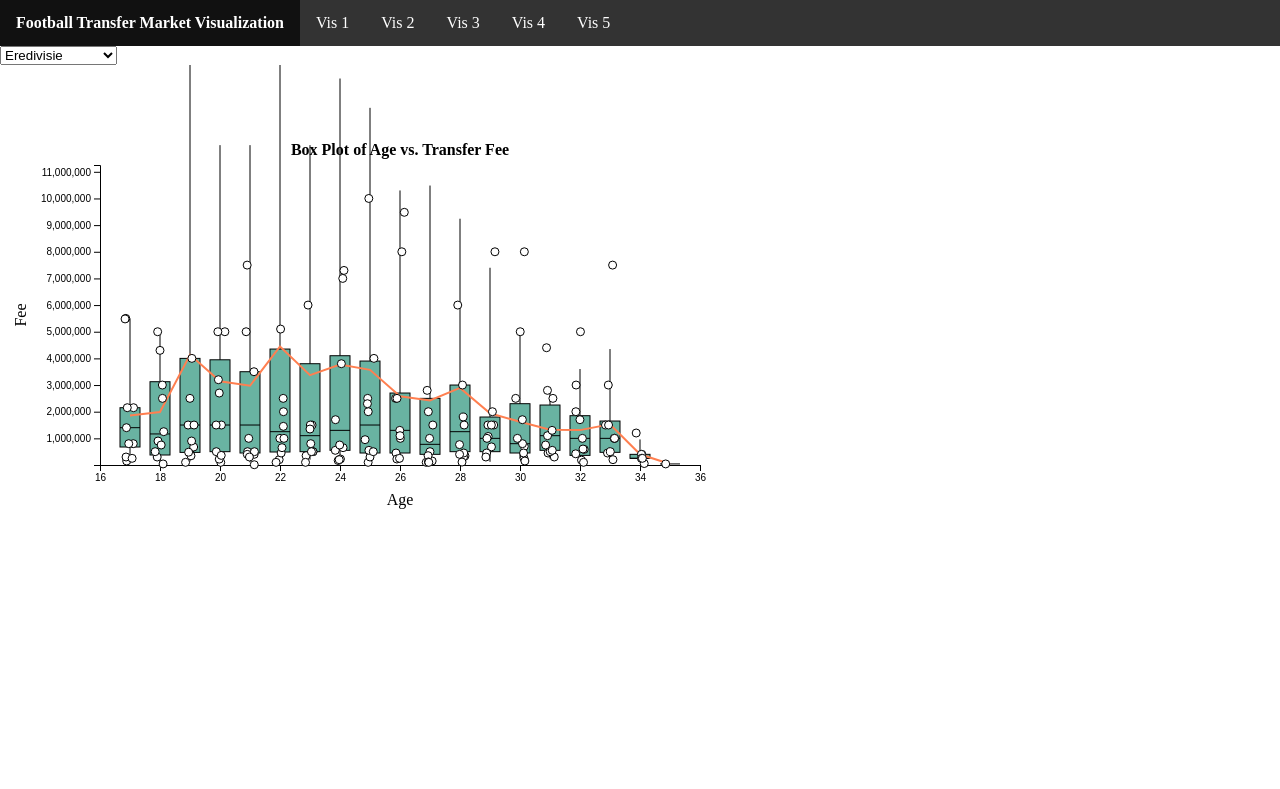
Repository: cedricshan/Football-Transfer-Market-Visualization
Page: dashboard/BoxPlot.html
The author's editor kept a copy of each file at every save. The page is drawn from the files as they stood at one save, then again after the next save.
The browser window is 1280 px wide. The pictures show the whole page.

Above is the page before, as saved 2023-10-18 22:11:47.

After the next save:
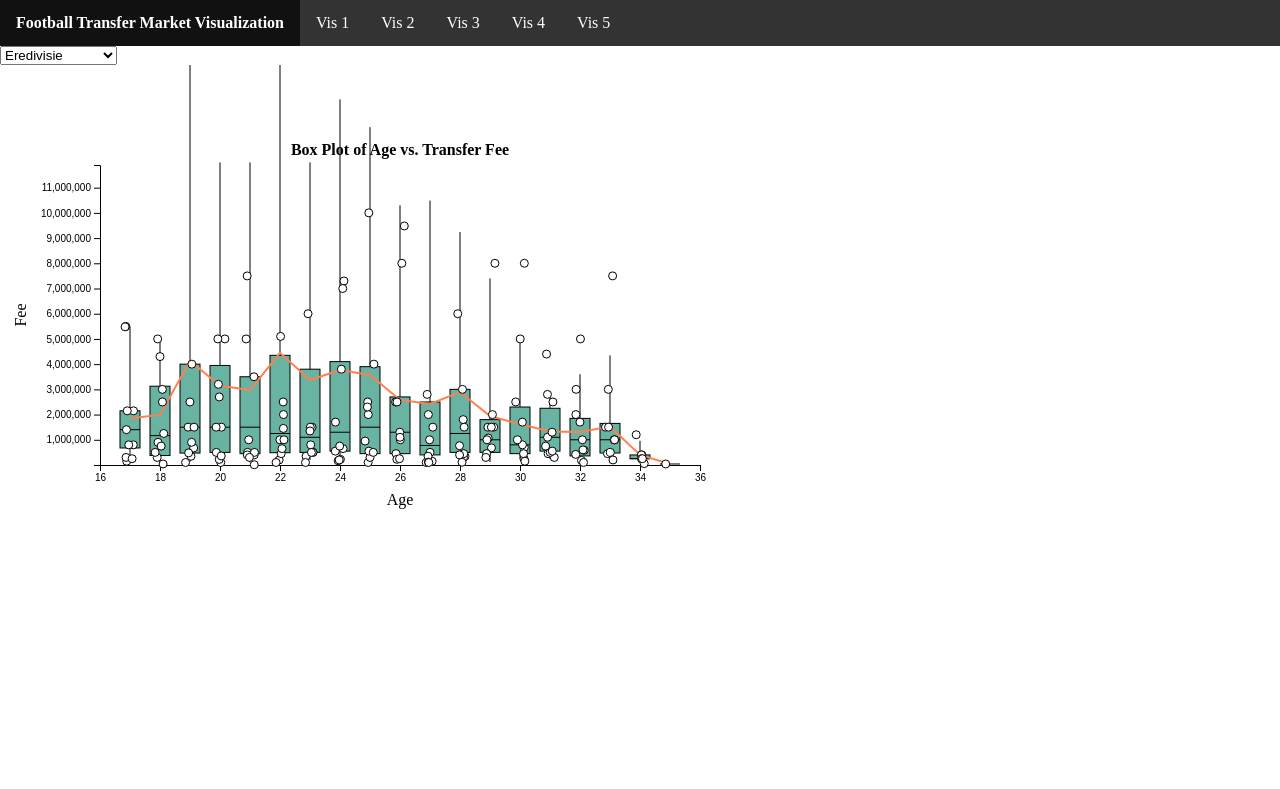
Saved 16 s later.
--- a/dashboard/BoxPlot.js
+++ b/dashboard/BoxPlot.js
@@ -86,7 +86,7 @@ function loadAndVisualizeData(filename) {
             .range([0, width]);
 
         const y = d3.scaleLinear()
-            .domain([d3.min(processedData, d => d.Fee), d3.mean(processedData, d => d.Fee)*3.5])
+            .domain([d3.min(processedData, d => d.Fee), d3.mean(processedData, d => d.Fee)*3.7])
             .range([height, 0]);
 
 
